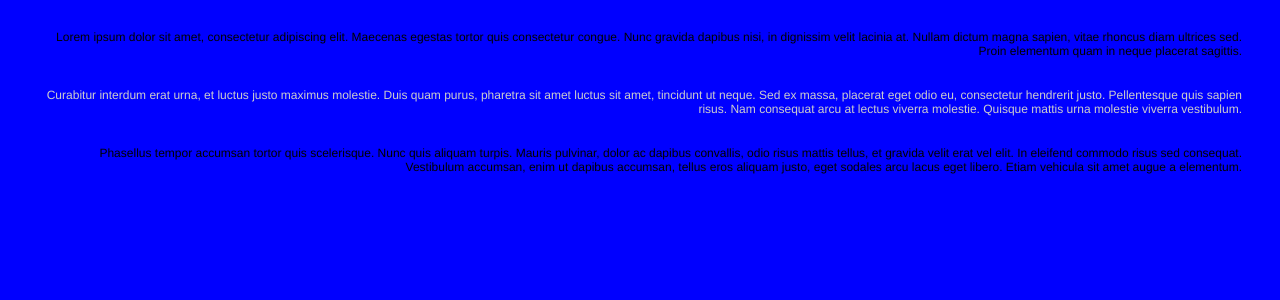
Repository: Nnetterz/Nnetterz.github.io
Page: index.html
The author's editor kept a record of every edit. The page is drawn from the files as they stood at one moment, then again after the next edit.
The browser window is 1280 px wide. The pictures show the whole page.

Above is the page before.

### index.html
<!DOCTYPE html>
<html>
    <head>
        <title>HELLO WORLD</title>
        <link href="style.css" rel="stylesheet">
    </head>
    <body>

        <p>Lorem ipsum dolor sit amet, consectetur adipiscing elit. Maecenas egestas tortor quis consectetur congue. Nunc gravida dapibus nisi, in dignissim velit lacinia at. Nullam dictum magna sapien, vitae rhoncus diam ultrices sed. Proin elementum quam in neque placerat sagittis.</p>

       <p class="paragraph2"> Curabitur interdum erat urna, et luctus justo maximus molestie. Duis quam purus, pharetra sit amet luctus sit amet, tincidunt ut neque. Sed ex massa, placerat eget odio eu, consectetur hendrerit justo. Pellentesque quis sapien risus. Nam consequat arcu at lectus viverra molestie. Quisque mattis urna molestie viverra vestibulum.</p>

       <p>Phasellus tempor accumsan tortor quis scelerisque. Nunc quis aliquam turpis. Mauris pulvinar, dolor ac dapibus convallis, odio risus mattis tellus, et gravida velit erat vel elit. In eleifend commodo risus sed consequat. Vestibulum accumsan, enim ut dapibus accumsan, tellus eros aliquam justo, eget sodales arcu lacus eget libero. Etiam vehicula sit amet augue a elementum.</p>

    </body>
</html>

### style.css
body {
    background-color: blue;
    font-size: 12px;
    font-family: helvetica, arial, sans-serif;
    text-align: right;

}

p {
    margin: 30px;
}

.paragraph2 {
    color: #cdcdcd;
}

.one {
    width: 200px;
    height: 200px;
    background-color: yellow;
    position: fixed;
    top: 20px;
    right: 100px;
    border-radius: 100px;

}

.one:hover {
    background-color: black;
}

a:link {
    color:white;
}

a:hover {
    color: black;
}

After the next edit:
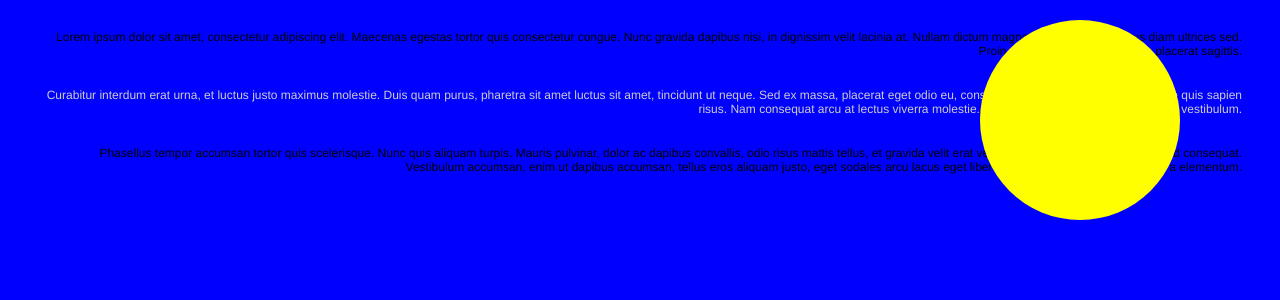
The edit:
--- a/index.html
+++ b/index.html
@@ -5,6 +5,9 @@
         <link href="style.css" rel="stylesheet">
     </head>
     <body>
+        <div class="one">
+
+      </div>
 
         <p>Lorem ipsum dolor sit amet, consectetur adipiscing elit. Maecenas egestas tortor quis consectetur congue. Nunc gravida dapibus nisi, in dignissim velit lacinia at. Nullam dictum magna sapien, vitae rhoncus diam ultrices sed. Proin elementum quam in neque placerat sagittis.</p>
 
